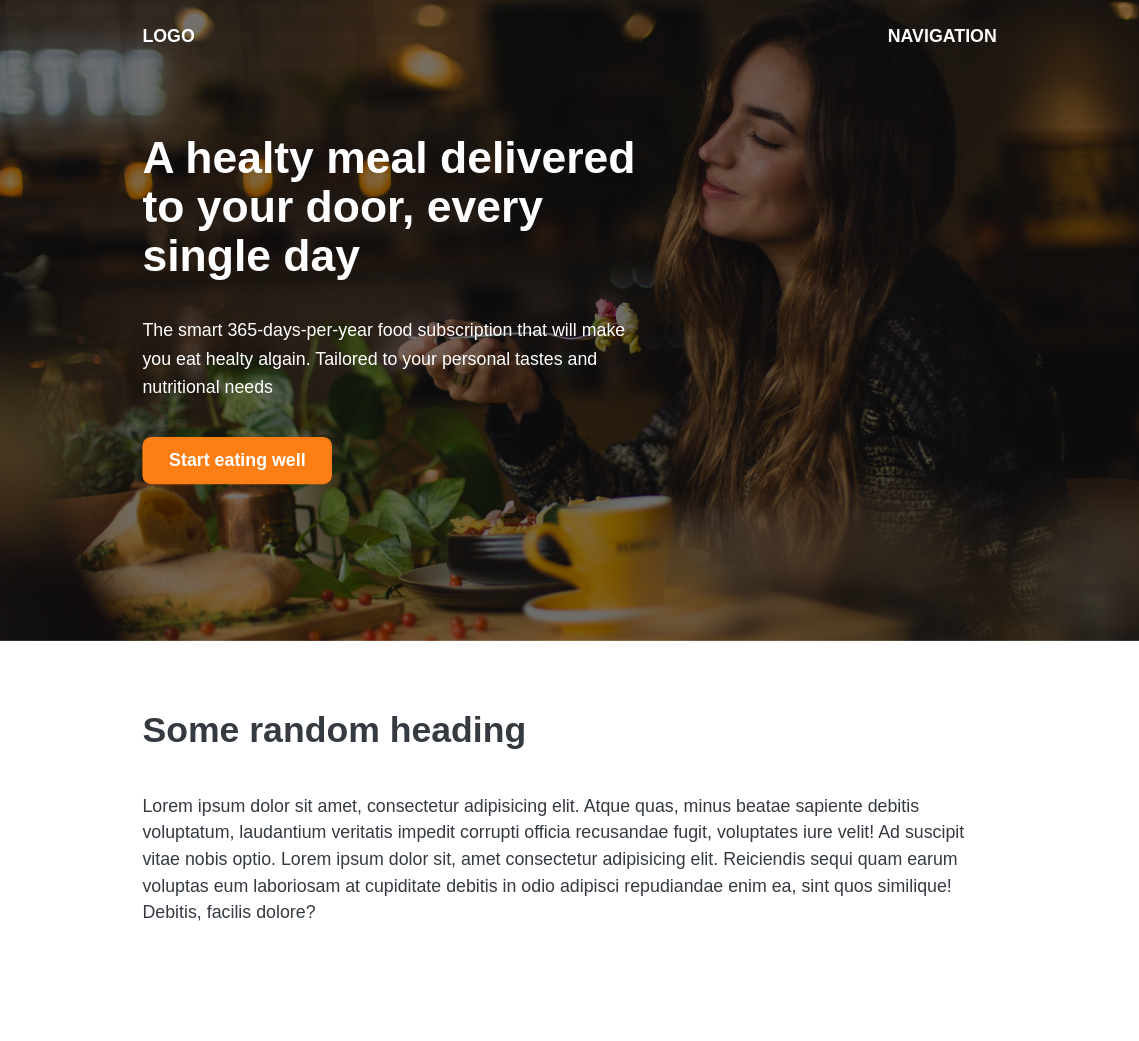
Repository: Ahmed123rezk123/06-Components
Page: hero.html
These files come from the project's save history. The page is drawn as it stood at one moment and after the next save; the edit follows.
The browser window is 1280 px wide. The pictures show the whole page, at 89% of full size.

Above is the page before, as saved 2024-09-18 09:38:59.

### hero.html
<!DOCTYPE html>
<html lang="en">
  <head>
    <meta charset="UTF-8" />
    <meta name="viewport" content="width=device-width, initial-scale=1.0" />
    <link rel="preconnect" href="https://fonts.gstatic.com" />
    <link rel="preconnect" href="https://fonts.googleapis.com" />
    <link rel="preconnect" href="https://fonts.gstatic.com" crossorigin />
    <link
      href="https://fonts.googleapis.com/css2?family=Hanken+Grotesk:ital,wght@0,100..900;1,100..900&display=swap"
      rel="stylesheet"
    />
    <style>
      * {
        margin: 0;
        padding: 0;
        box-sizing: border-box;
      }

      body {
        font-family: "Rubik", sans-serif;
        /* font-family: "Hanken Grotesk", system-ui */
        /* color: #343a40;
        background-color: #f8f9fa; */
        line-height: 1;
      }
      header {
        position: relative;
        background-image: url(/hero.jpg);
        background-repeat: no-repeat;
        background-size: cover;
        height: 100vh;
      }
      header::after {
        content: "";
        position: absolute;
        width: 100%;
        height: 100%;
        background-color: rgba(0, 0, 0, 0.5);
        top: 0;
        left: 0;
      }
      .container {
        margin: 0 150px;
        padding: 30px 10px;
      }
      nav {
        display: flex;
        justify-content: space-between;
        align-items: center;
      }
      nav div {
        color: #fff;
        font-size: 20px;
        font-weight: bold;
        text-transform: uppercase;
        z-index: 2;
      }
      .header-container {
        position: relative;
        margin-top: 40px;
        max-width: 600px;
        color: #fff;
        z-index: 3;
      }
      .header-container-inner h1 {
        font-size: 50px;
        line-height: 1.1;
        margin-bottom: 40px;
      }
      .header-container-inner p {
        line-height: 1.6;
        font-size: 20px;
        margin-bottom: 40px;
      }
      .btn {
        padding: 15px 30px;
        font-size: 20px;
        color: #fff;
        background-color: #fd7e14;
        cursor: pointer;
        border-radius: 10px;
        border: none;
        font-weight: bold;
        margin-bottom: 0;
      }
      section h1 {
        margin: 50px 0;
        font-size: 40px;
        font-weight: bold;
        color: #343a40;
      }
      section p {
        font-size: 20px;
        line-height: 1.5;
        color: #343a40;
        margin-bottom: 100px;
      }
    </style>
    <title>Pagination</title>
  </head>
  <body>
    <header>
      <nav class="container">
        <div>logo</div>
        <div>NAVIGATION</div>
      </nav>
      <div class="header-container container">
        <div class="header-container-inner">
          <h1>A healty meal delivered to your door, every single day</h1>
          <p>
            The smart 365-days-per-year food subscription that will make you eat
            healty algain. Tailored to your personal tastes and nutritional
            needs
          </p>
          <button class="btn">Start eating well</button>
        </div>
      </div>
    </header>
    <section class="container">
      <h1>Some random heading</h1>
      <p>
        Lorem ipsum dolor sit amet, consectetur adipisicing elit. Atque quas,
        minus beatae sapiente debitis voluptatum, laudantium veritatis impedit
        corrupti officia recusandae fugit, voluptates iure velit! Ad suscipit
        vitae nobis optio. Lorem ipsum dolor sit, amet consectetur adipisicing
        elit. Reiciendis sequi quam earum voluptas eum laboriosam at cupiditate
        debitis in odio adipisci repudiandae enim ea, sint quos similique!
        Debitis, facilis dolore?
      </p>
    </section>
  </body>
</html>

After the next save:
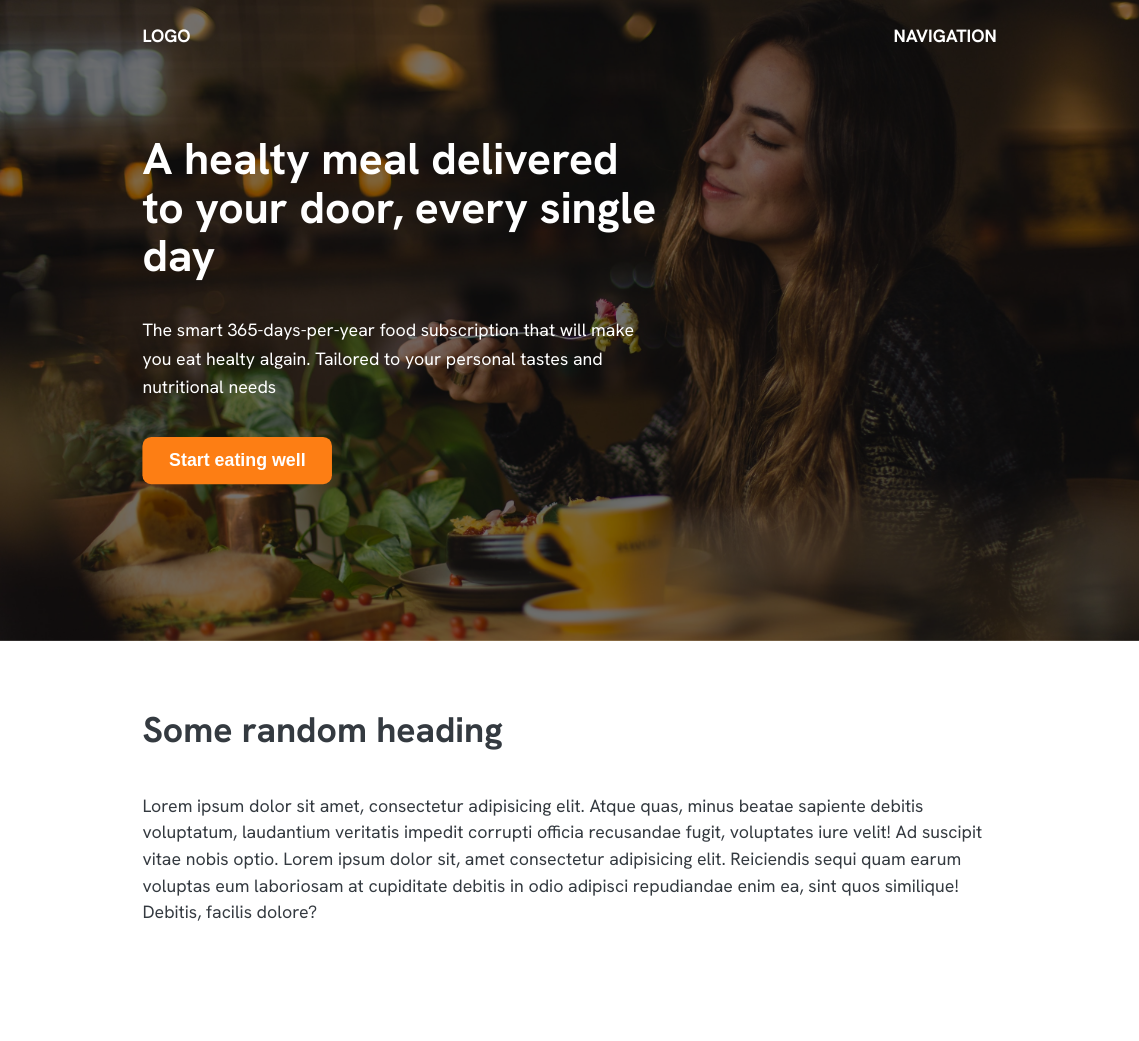
Saved 21 s later.
--- a/hero.html
+++ b/hero.html
@@ -18,8 +18,8 @@
       }
 
       body {
-        font-family: "Rubik", sans-serif;
-        /* font-family: "Hanken Grotesk", system-ui */
+        /* font-family: "Rubik", sans-serif; */
+        font-family: "Hanken Grotesk", system-ui;
         /* color: #343a40;
         background-color: #f8f9fa; */
         line-height: 1;

After the save that followed:
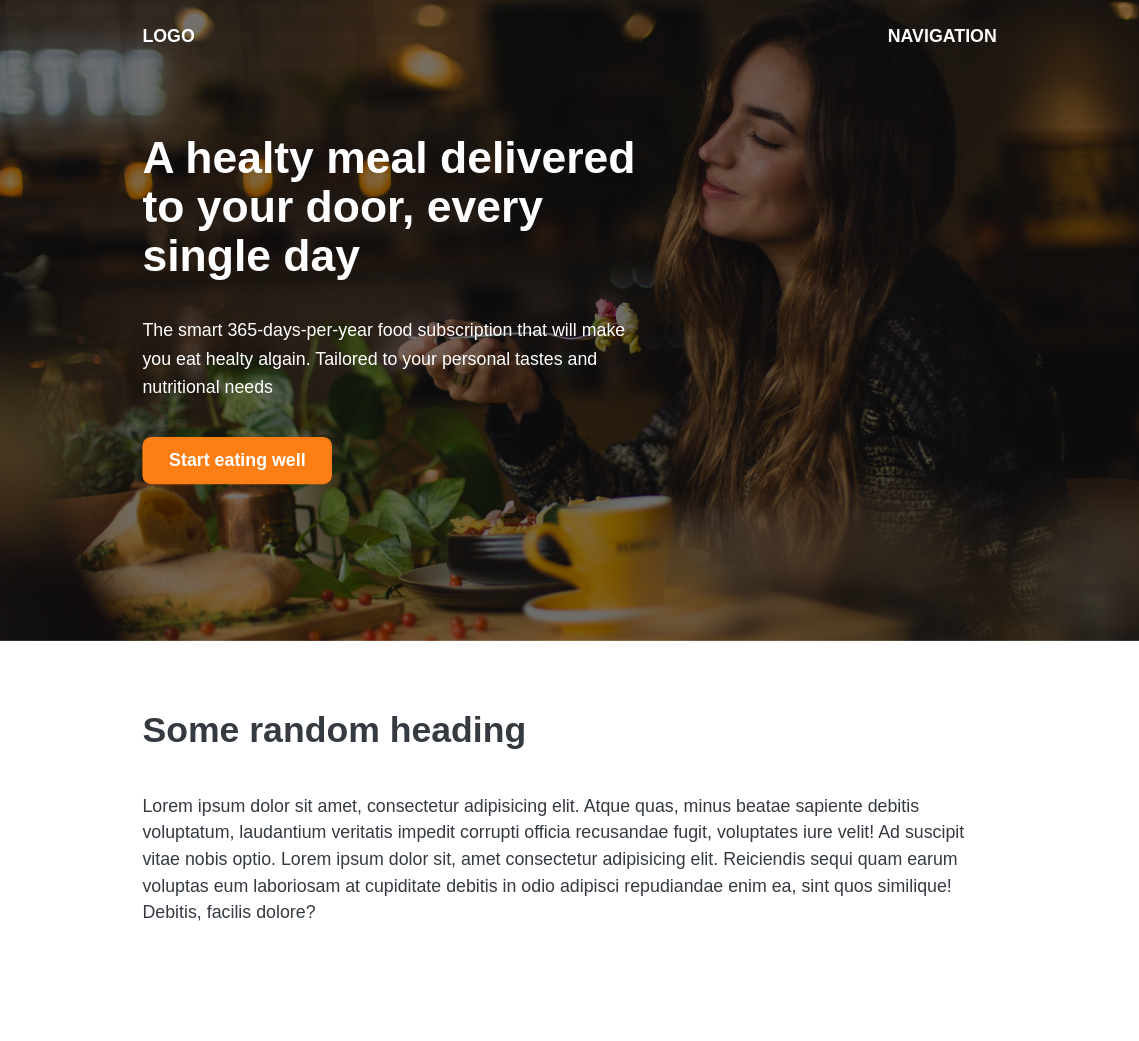
Saved 10 s later.
--- a/hero.html
+++ b/hero.html
@@ -18,8 +18,8 @@
       }
 
       body {
-        /* font-family: "Rubik", sans-serif; */
-        font-family: "Hanken Grotesk", system-ui;
+        font-family: "Rubik", sans-serif;
+        /* font-family: "Hanken Grotesk", system-ui; */
         /* color: #343a40;
         background-color: #f8f9fa; */
         line-height: 1;
